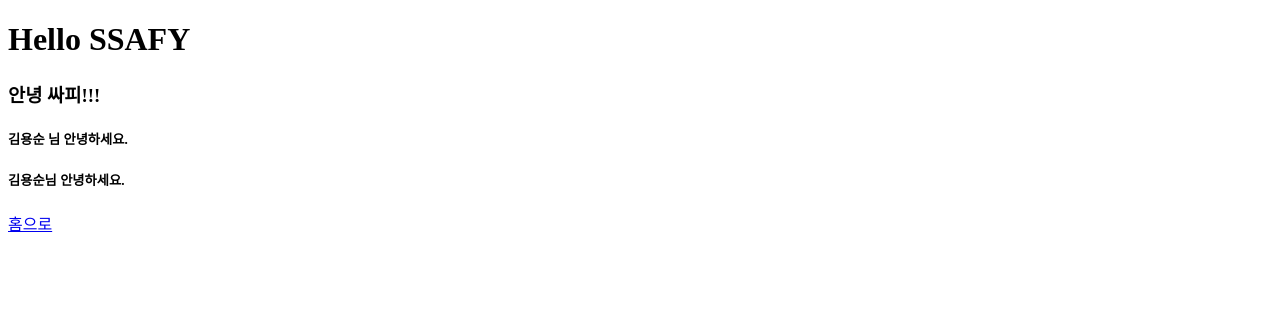
Repository: s00ngle/SSAFY-BE
Page: http://localhost/basic_jsp/hello.jsp
The author's editor kept a copy of each file at every save. The page is drawn from the files as they stood at one save, then again after a run of saves.
The browser window is 1280 px wide. The pictures show the whole page.
The page is served by Tomcat 10.

Above is the page before, as saved 2024-09-24 01:38:10.

After the next 3 saves:
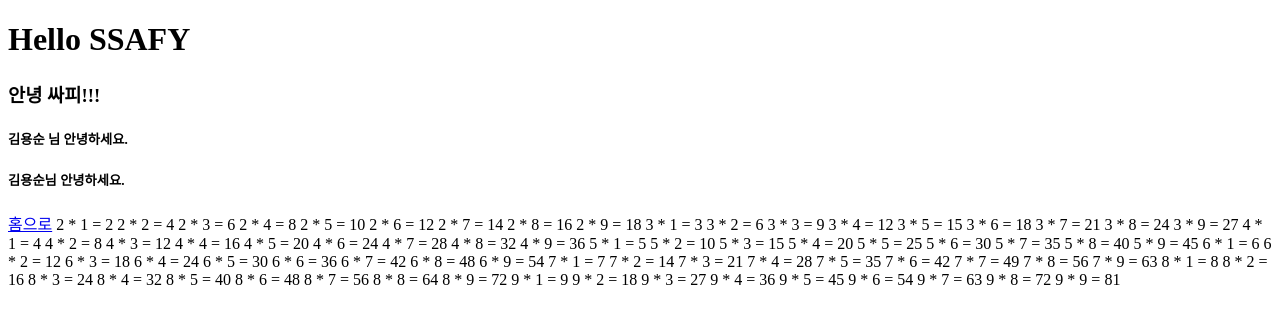
The 3 saves are shown as one change because they came seconds apart.
The last was saved 110 s later.
--- a/basic_jsp/src/main/webapp/hello.jsp
+++ b/basic_jsp/src/main/webapp/hello.jsp
@@ -17,5 +17,14 @@
 	<h5><% out.println(name); %>님 안녕하세요.</h5>
 	<h5><%= name %>님 안녕하세요.</h5>
 	<a href="/basic_jsp/index.jsp">홈으로</a>
+
+	<%
+		for (int i = 2; i < 10; i++) {
+			out.println("<tr>");
+			for (int j = 1; j < 10; j++) {
+				out.println("<td>" + i + " * " + j + " = " + i * j);
+			}
+		}
+	%>
 </body>
 </html>
